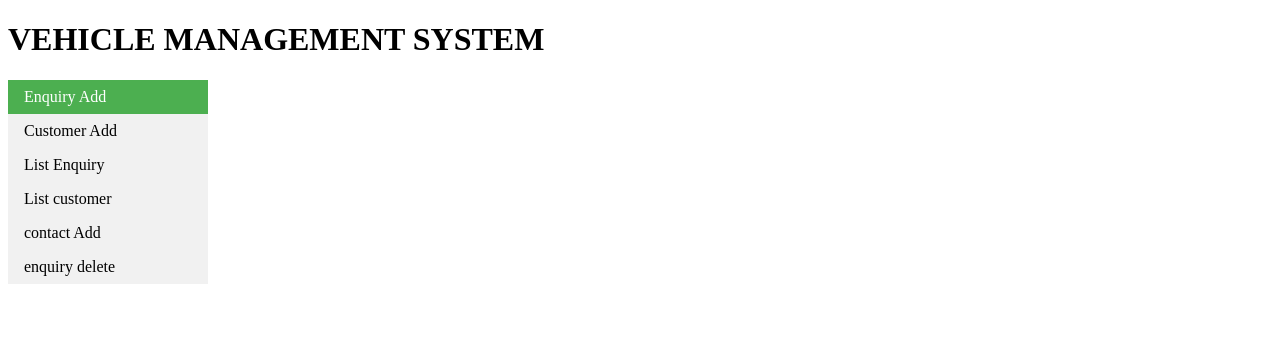
Repository: karthik-H/vms
Page: http://localhost/vms/home.jsp
The author's editor kept a copy of each file at every save. The page is drawn from the files as they stood at one save, then again after the next save.
The browser window is 1280 px wide. The pictures show the whole page.
The page is served by Tomcat 9.

Above is the page before, as saved 2019-01-26 11:49:57.

After the next save:
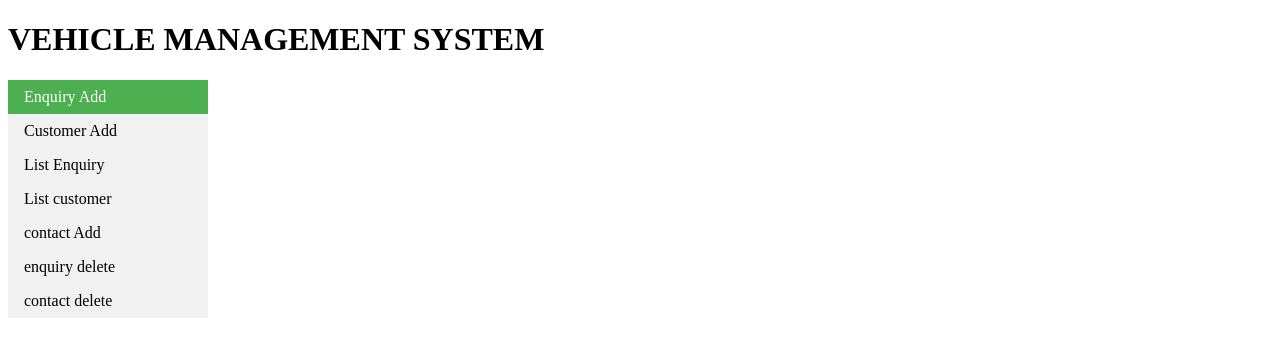
Saved 32 s later.
--- a/Vehicle/vms/src/main/webapp/home.jsp
+++ b/Vehicle/vms/src/main/webapp/home.jsp
@@ -41,6 +41,7 @@ li a:hover:not(.active) {
 <li><a href="customer-list.jsp">List customer</a></li>
 <li><a href="contact-add.jsp">contact Add</a></li>
 <li><a href="enquiry-delete.jsp">enquiry delete</a></li>
+<li><a href="contact-delete.jsp">contact delete</a></li>
 </ul>
 </body>
 </html>
